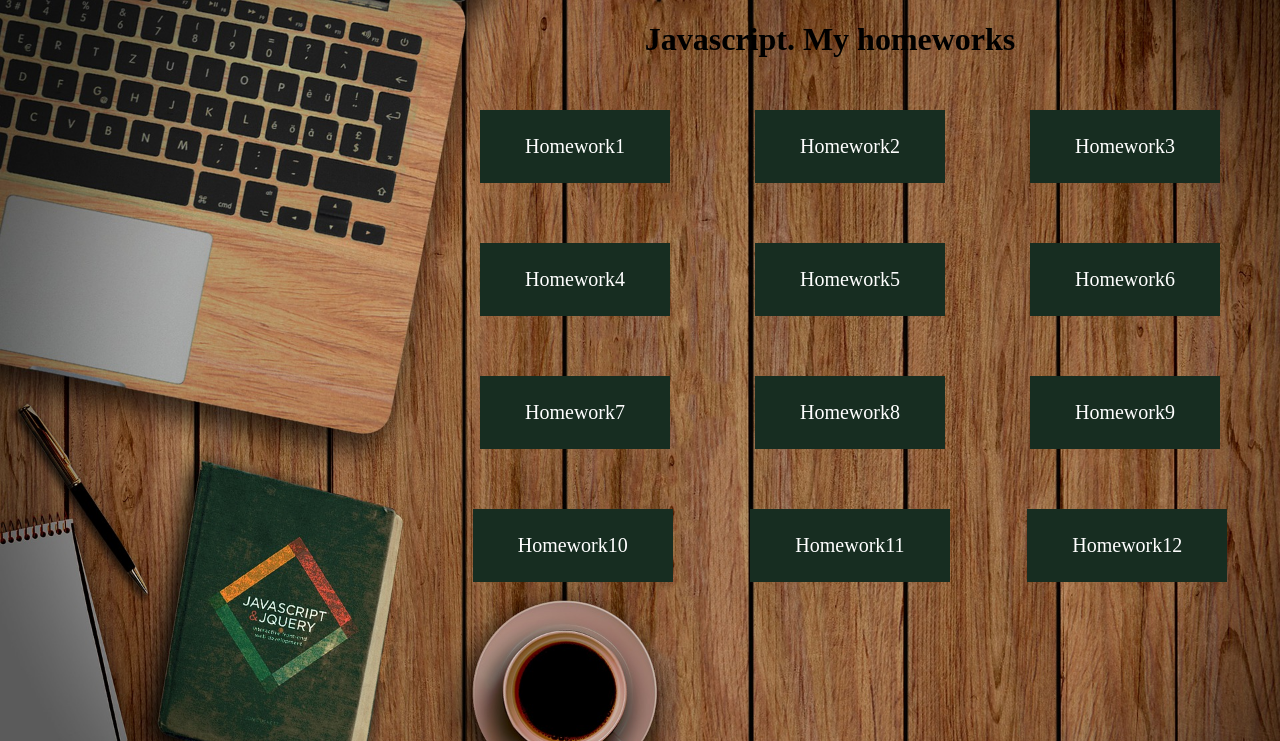
Repository: mariiastetsko/cursor-js-hw
Page: index.html
These files come from the project's save history. The page is drawn as it stood at one moment and after the next save; the edit follows.
The browser window is 1280 px wide. The pictures show the whole page.

Above is the page before, as saved 2020-07-22 20:20:38.

### index.html
<!DOCTYPE html>
<html lang="en">
  <head>
    <meta charset="UTF-8" />
    <meta name="viewport" content="width=device-width, initial-scale=1.0" />
    <title>Cursor.JS.Homeworks</title>
    <link rel="stylesheet" href="./style.css" />
  </head>
  <body>
    <div class="homeworks">
    <h1>Javascript. My homeworks</h1>
    <ul class="list">
      <li>
        <a href="./HW1/index.html">Homework1</a>
      </li>
      <li><a href="./HW2/index.html">Homework2 </a></li>
      <li><a href="./HW3/index.html">Homework3</a></li>
      <li><a href="./HW4/index.html">Homework4</a></li>
      <li><a href="./HW5/index.html">Homework5</a></li>
      <li><a href="./HW6/index.html">Homework6</a></li>
      <li><a href="./HW7/index.html">Homework7</a></li>
      <li><a href="./HW8/index.html">Homework8</a></li>
      <li><a href="./HW9/index.html">Homework9</a></li>
      <li><a href="./HW10/index.html">Homework10</a></li>
      <li><a href="./HW11/index.html">Homework11</a></li>
      <li><a href="./HW12/index.html">Homework12</a></li>
    </ul>
  </div>
  </body>
</html>

### style.css
* {
    box-sizing: border-box;
}

body {
    margin: 0 auto;
    padding: 0;
    min-height: 100vh;
    background-image: url('./background.jpg');
    background-repeat: no-repeat;
    background-size: cover;
}


ul {
    list-style: none;
}

.list {
    display: flex;
    justify-content: space-evenly;
    flex-wrap: wrap;
}

li, a {
    text-decoration: none;
    padding: 25px 10px;
    margin: 30px 25px;
    color: #FFF;
    font-size: 20px;
    background: #172D21 ;
}

.homeworks {
    width: 900px;
    text-align: center;
    margin-left: auto;
}

After the next save:
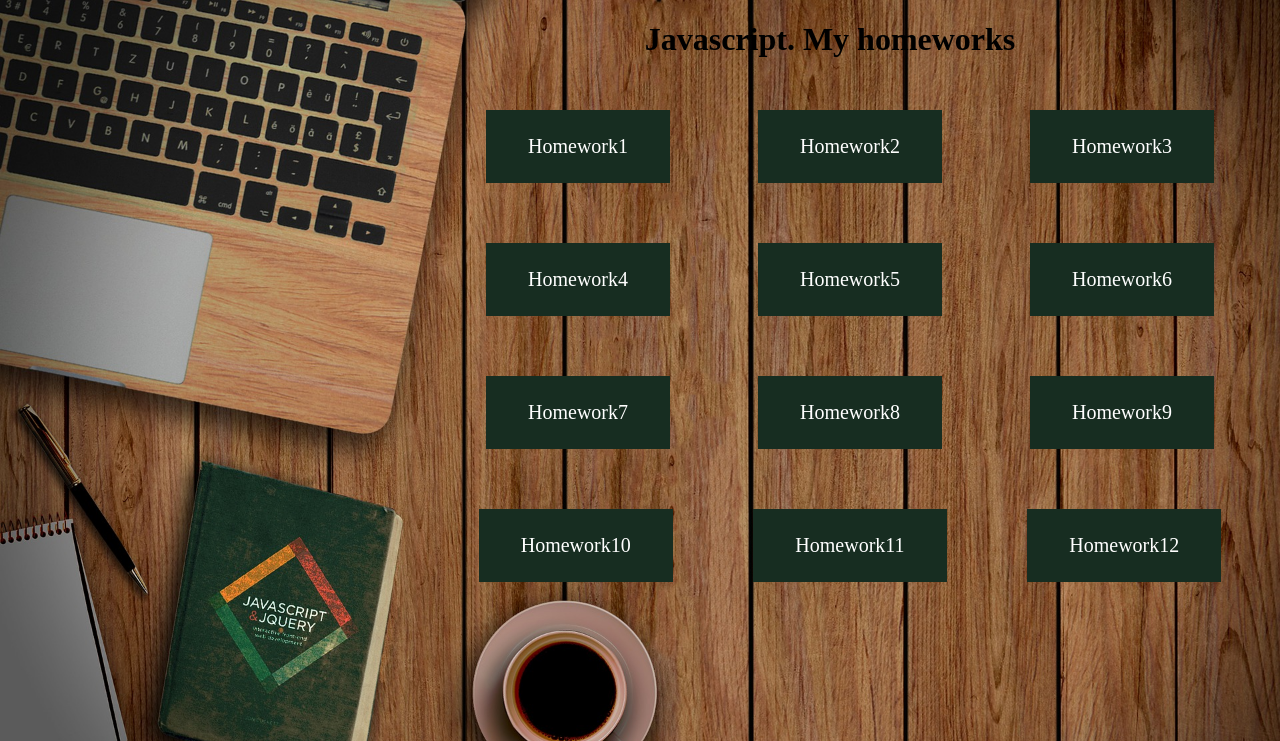
Saved 34 s later.
--- a/style.css
+++ b/style.css
@@ -25,7 +25,7 @@ ul {
 li, a {
     text-decoration: none;
     padding: 25px 10px;
-    margin: 30px 25px;
+    margin: 30px 22px;
     color: #FFF;
     font-size: 20px;
     background: #172D21 ;
